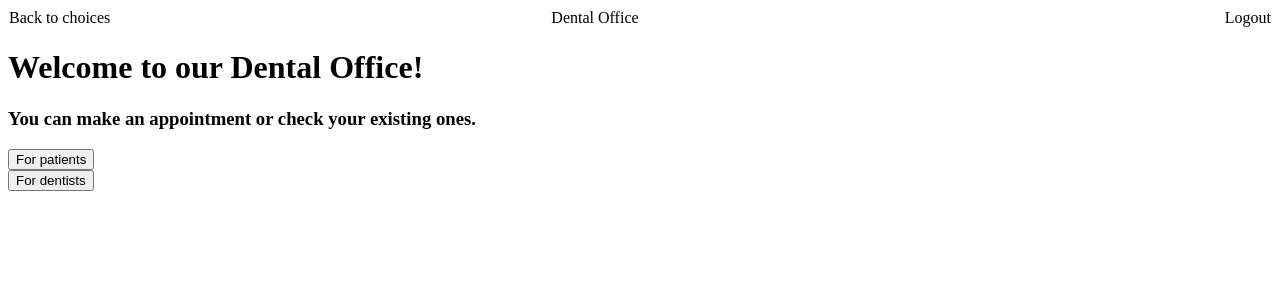
Repository: ThEgIGN/DentalOfficeWebApplication
Page: http://localhost/DentalOfficeWEB/
An editor plug-in stored every save of this project. The page is shown before and after the next save, followed by the edit.
The browser window is 1280 px wide. The pictures show the whole page.
The page is served by Tomcat 9. Nobody is signed in. The application's start-up code is not run.

Above is the page before, as saved 2023-06-16 10:09:25.

After the next save:
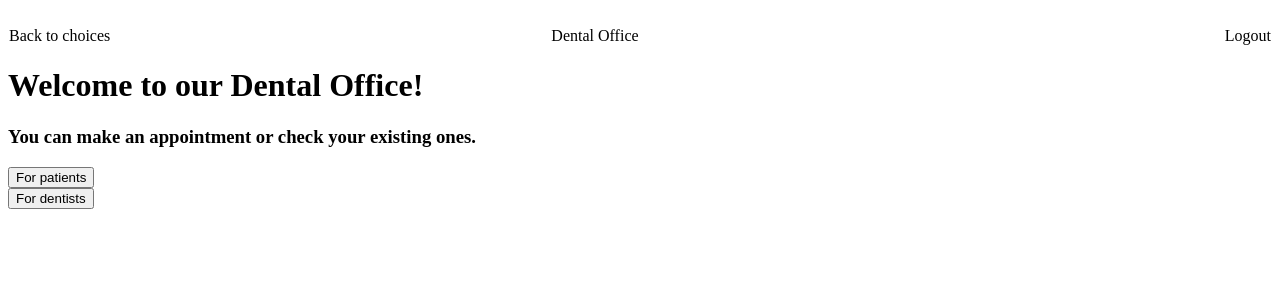
Saved 6 s later.
--- a/DentalOfficeProject/DentalOfficeWEB/src/main/webapp/index.jsp
+++ b/DentalOfficeProject/DentalOfficeWEB/src/main/webapp/index.jsp
@@ -14,7 +14,7 @@
 			<td>Dental Office</td>
 			<td style="text-align: right">Logout</td>
 		</tr>
-		<tr></tr>
+		<br>
 	</table>
 	<h1>Welcome to our Dental Office!</h1>
 	<h3>You can make an appointment or check your existing ones.</h3>
